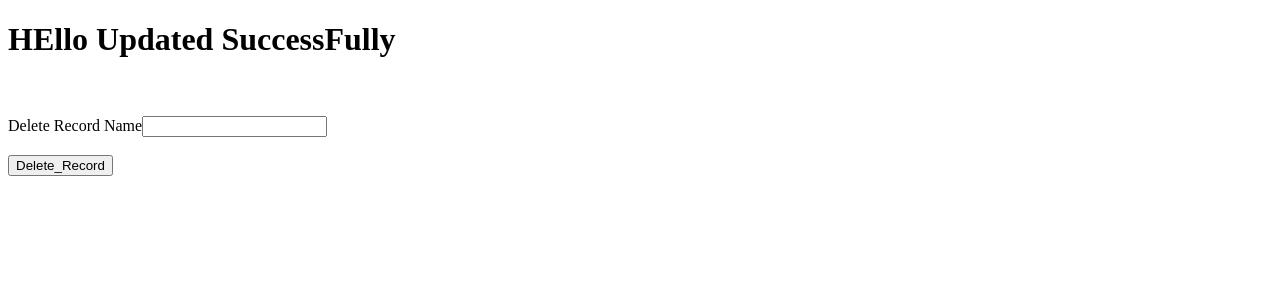
Repository: gadgeswapnil11/Vaulty
Page: http://localhost/ServeletCRUDOprations/UpdateSuccessFully.jsp
An editor plug-in stored every save of this project. The page is shown before and after the next save, followed by the edit.
The browser window is 1280 px wide. The pictures show the whole page.
The page is served by Tomcat 9. Other server files are loaded and not shown.

Above is the page before, as saved 2023-12-20 12:41:42.

### ServeletCRUDOprations/src/main/webapp/UpdateSuccessFully.jsp
<%@ page language="java" contentType="text/html; charset=UTF-8"
	pageEncoding="UTF-8"%>
<!DOCTYPE html>
<html>
<head>
<meta charset="UTF-8">
<title>Insert title here</title>
</head>
<body>
	<h1>HEllo Updated SuccessFully</h1>

<br><br>
	<form action="delete">

		Delete Record Name<input type="text" name="name"><br><br> <input

			type="submit" value="Delete_Record">
	</form>
</body>
</html>

After the next save:
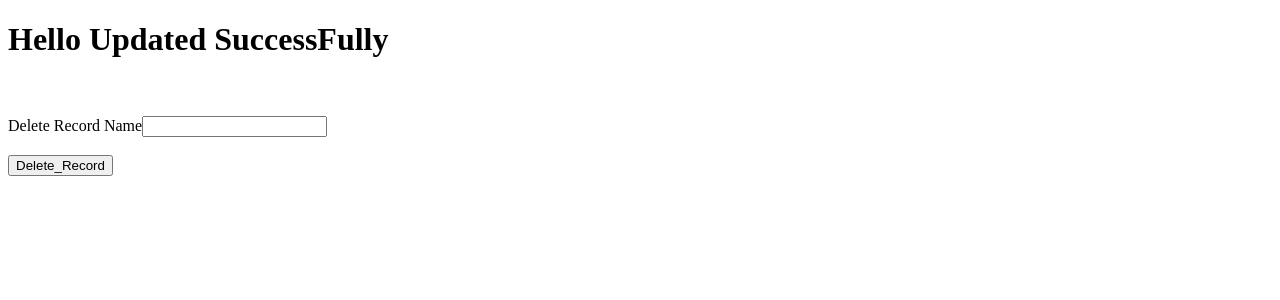
Saved 9 s later.
--- a/ServeletCRUDOprations/src/main/webapp/UpdateSuccessFully.jsp
+++ b/ServeletCRUDOprations/src/main/webapp/UpdateSuccessFully.jsp
@@ -7,14 +7,14 @@
 <title>Insert title here</title>
 </head>
 <body>
-	<h1>HEllo Updated SuccessFully</h1>
+	<h1>Hello Updated SuccessFully</h1>
 
-<br><br>
+	<br>
+	<br>
 	<form action="delete">
 
-		Delete Record Name<input type="text" name="name"><br><br> <input
-
-			type="submit" value="Delete_Record">
+		Delete Record Name<input type="text" name="name"><br>
+		<br> <input type="submit" value="Delete_Record">
 	</form>
 </body>
 </html>
